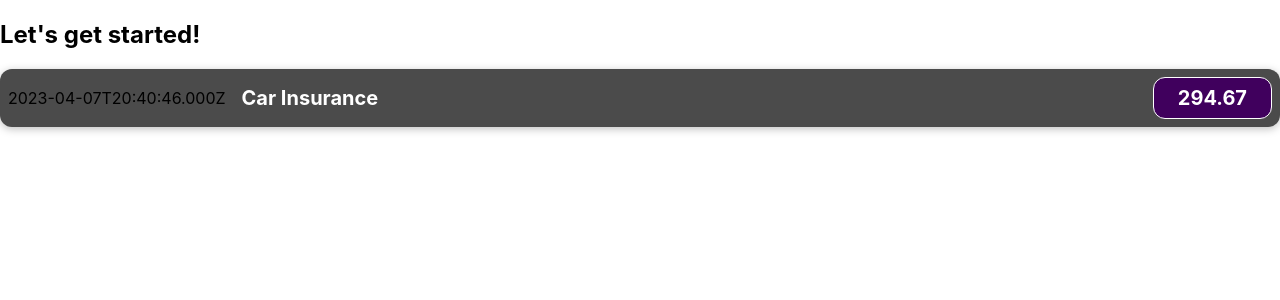
Repository: andresmazza/react-lesson
Page: /
The author's editor kept a copy of each file at every save. The page is drawn from the files as they stood at one save, then again after the next save.
The browser window is 1280 px wide. The pictures show the whole page.
The project was rebuilt for these pictures with package versions that can differ from the ones it lists, and the page was loaded fresh each time. Also part of the build but not shown: src/App.css.

Above is the page before, as saved 2023-04-07 23:38:15.

### src/App.js
import logo from './logo.svg';
import './App.css';
import ExpenseItem from './components/ExpenseItem';
function App() {
  const expenses = [
    { title: 'Car Insurance', amount: 33.33, date: new Date() },
    { title: 'test3', amount: 22.23, date: new Date() },
    { title: 'test#', amount: 43.33, date: new Date() },
  ];
  return (
    <div>
      <h2>Let's get started!</h2>
      <ExpenseItem
        title ={expenses[0].title}
        amount={expenses[0].amount}
        date  ={expenses[0].date}
        ></ExpenseItem>
    </div>
  );
}

export default App;

### src/components/ExpenseItem.js

import './ExpenseItem.css';

function ExpenseItem() {
    const expenseDate = new Date();
    const expenseTitle = 'Car Insurance';
    const expenseAmount = 294.67;

    return (
      <div className='expense-item'>
        <div>{expenseDate.toISOString()}</div>
        <div className='expense-item__description'>
            <h2>{expenseTitle}</h2>
            <div className='expense-item__price'>{expenseAmount}</div>
        </div>
      </div>
    );
  }

export default ExpenseItem;

### src/components/ExpenseItem.css
.expense-item {
  display: flex;
  justify-content: space-between;
  align-items: center;
  box-shadow: 0 2px 8px rgba(0, 0, 0, 0.25);
  padding: 0.5rem;
  margin: 1rem 0;
  border-radius: 12px;
  background-color: #4b4b4b;
}

.expense-item__description {
  display: flex;
  flex-direction: column;
  gap: 1rem;
  align-items: flex-end;
  flex-flow: column-reverse;
  justify-content: flex-start;
  flex: 1;
}

.expense-item h2 {
  color: #3a3a3a;
  font-size: 1rem;
  flex: 1;
  margin: 0 1rem;
  color: white;
}

.expense-item__price {
  font-size: 1rem;
  font-weight: bold;
  color: white;
  background-color: #40005d;
  border: 1px solid white;
  padding: 0.5rem;
  border-radius: 12px;
}

@media (min-width: 580px) {
  .expense-item__description {
    flex-direction: row;
    align-items: center;
    justify-content: flex-start;
    flex: 1;
  }

  .expense-item__description h2 {
    font-size: 1.25rem;
  }

  .expense-item__price {
    font-size: 1.25rem;
    padding: 0.5rem 1.5rem;
  }
}

Loaded but not shown: public/index.html (common file); src/index.js (common file); src/index.css (common file); src/reportWebVitals.js (common file)

After the next save:
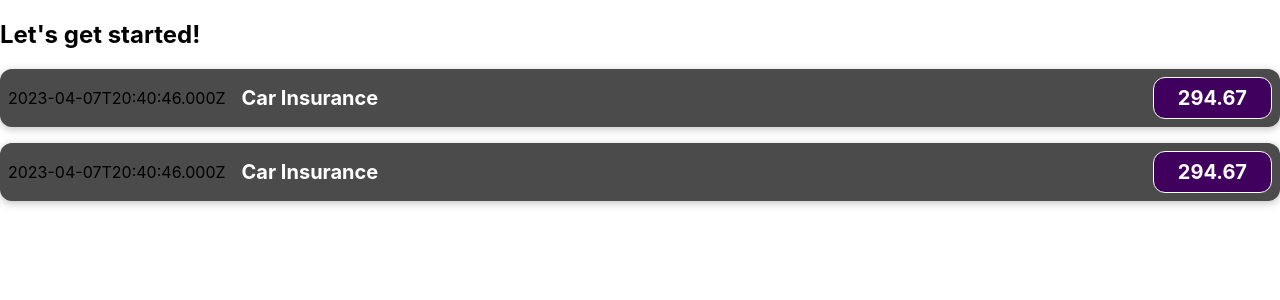
Saved 17 s later.
--- a/src/App.js
+++ b/src/App.js
@@ -15,6 +15,11 @@ function App() {
         amount={expenses[0].amount}
         date  ={expenses[0].date}
         ></ExpenseItem>
+        <ExpenseItem
+        title ={expenses[1].title}
+        amount={expenses[1].amount}
+        date  ={expenses[1].date}
+        ></ExpenseItem>
     </div>
   );
 }
